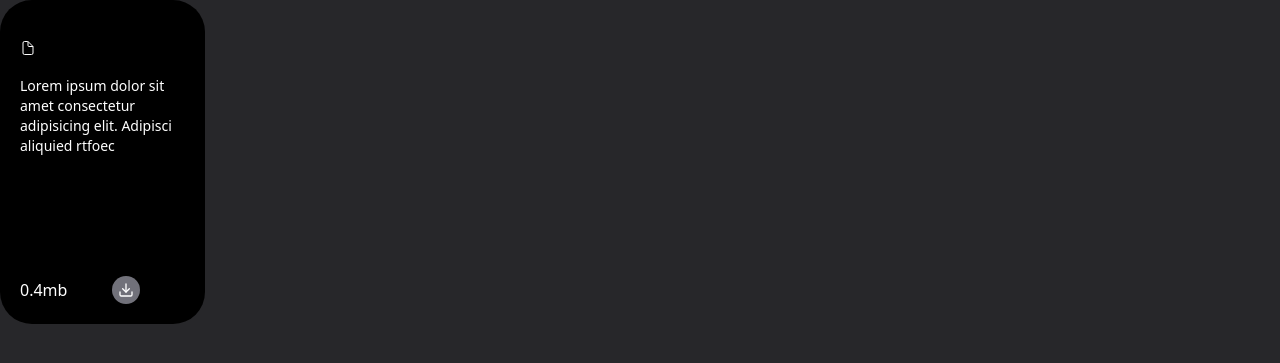
Repository: SharonSebastian32/dragable_cards
Page: /
An editor plug-in stored every save of this project. The page is shown before and after a run of saves, followed by the edit.
The browser window is 1280 px wide. The pictures show the whole page.
The project was rebuilt for these pictures with package versions that can differ from the ones it lists, and the page was loaded fresh each time. Also part of the build but not shown: vite.config.js.

Above is the page before, as saved 2024-08-21 10:27:55.

### src/App.jsx
import Background from "./Components/Background";
import Foreground from "./Components/Foreground";

const App = () => {
  return (
    <div className="w-full h-screen bg-zinc-800 relative">
      <Background />
      <Foreground/>
    </div>
  );
};
export default App;

### src/Components/Background.jsx
const Background = () => {
  return <div className="w-full h-full fixed z-[2]"> </div>;
};

export default Background;

### src/Components/Foreground.jsx
import Card from "./Card";

const Foreground = () => {
  return (
    <div className="w-full h-full fixed top-0 left-0 z-[3]">
      <Card />
    </div>
  );
};

export default Foreground;

### src/Components/Card.jsx
import { IoDocumentOutline } from "react-icons/io5";
import { LuDownload } from "react-icons/lu";
const Card = () => {
  return (
    <div className="w-[16vw] h-[45vh] rounded-[2rem] text-white px-5 py-10 bg-black relative">
      <IoDocumentOutline />
      <p className="text-sm font-medium mt-5">
        Lorem ipsum dolor sit amet consectetur adipisicing elit. Adipisci
        aliquied rtfoec{" "}
      </p>
      {/* footer   */}
      <div className="footer  absolute bottom-0 left-0 w-full h-15  ">
        <div className="flex items-center justify-between p-5">
          <h5>0.4mb</h5>
          <span className="w-7 h-7 bg-zinc-500 rounded-full flex items-center justify-center cursor-pointer">
                      <LuDownload />{" "}

                  </span>


                  <div className="">

                  </div>
        </div>
      </div>
    </div>
  );
};

export default Card;

Loaded but not shown: index.html (common file); src/main.jsx (common file); src/index.css (common file); tailwind.config.js (common file)

After the next 5 saves:
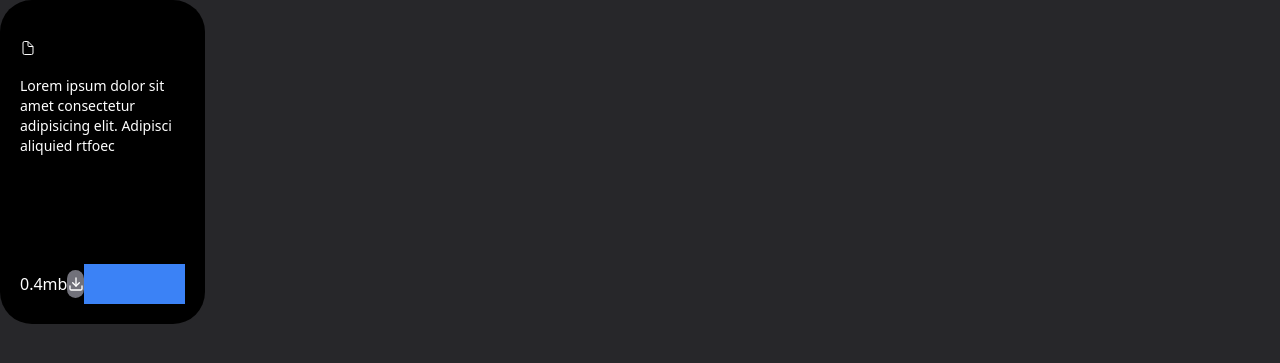
The 5 saves are shown as one change because they came seconds apart.
The last was saved 16 s later.
--- a/src/Components/Card.jsx
+++ b/src/Components/Card.jsx
@@ -13,14 +13,10 @@ const Card = () => {
         <div className="flex items-center justify-between p-5">
           <h5>0.4mb</h5>
           <span className="w-7 h-7 bg-zinc-500 rounded-full flex items-center justify-center cursor-pointer">
-                      <LuDownload />{" "}
+            <LuDownload />{" "}
+          </span>
 
-                  </span>
-
-
-                  <div className="">
-
-                  </div>
+          <div className="w-full h-10 bg-blue-500 "></div>
         </div>
       </div>
     </div>
